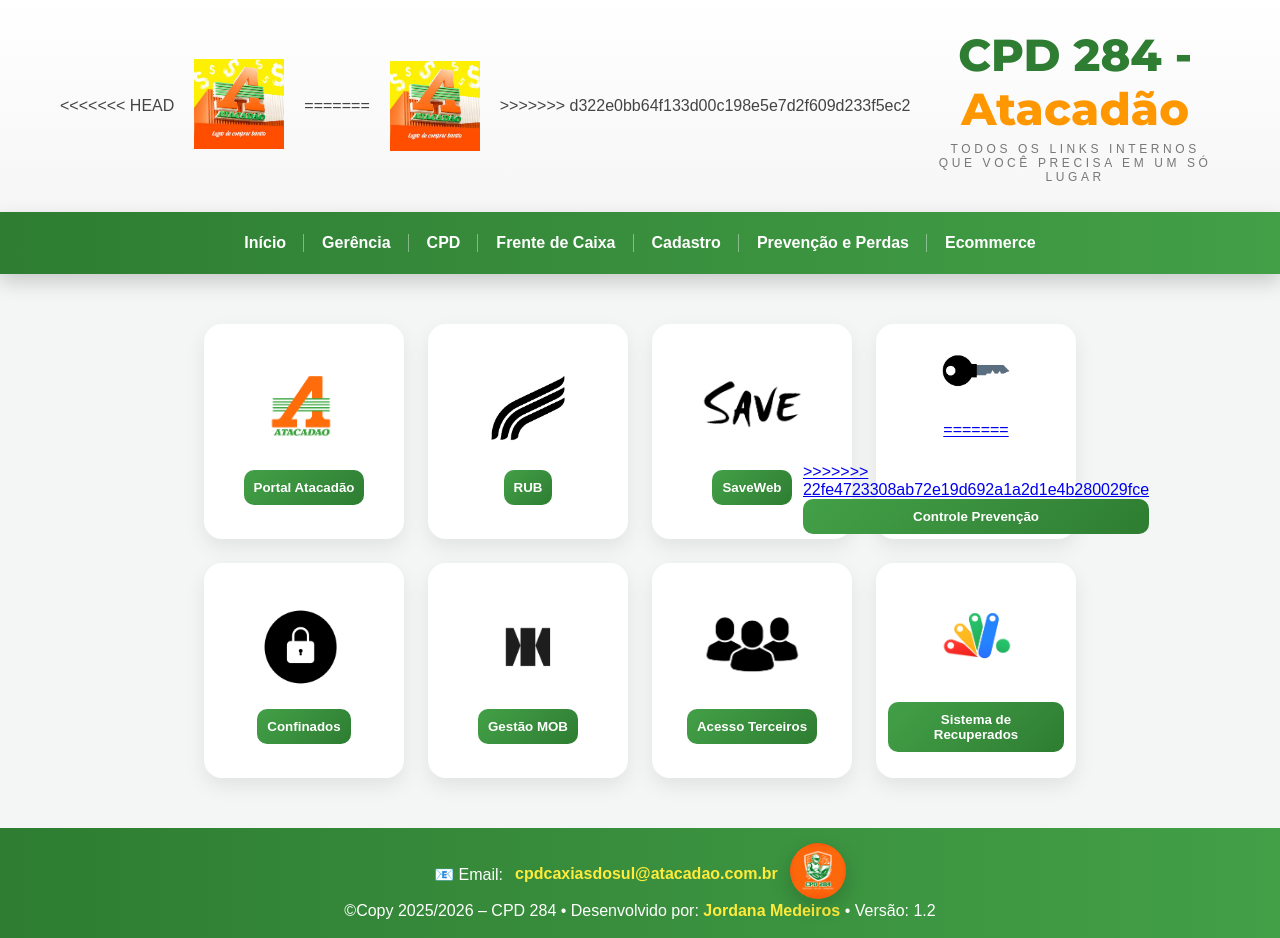
Repository: Iamjordana/projetositecpd284
Page: prevencao.html
The author's editor kept a copy of each file at every save. The page is drawn from the files as they stood at one save, then again after a run of saves.
The browser window is 1280 px wide. The pictures show the whole page.

Above is the page before, as saved 2026-01-19 15:10:33.
Console error: TypeError: Cannot read properties of null (reading 'addEventListener')

After the next 5 saves:
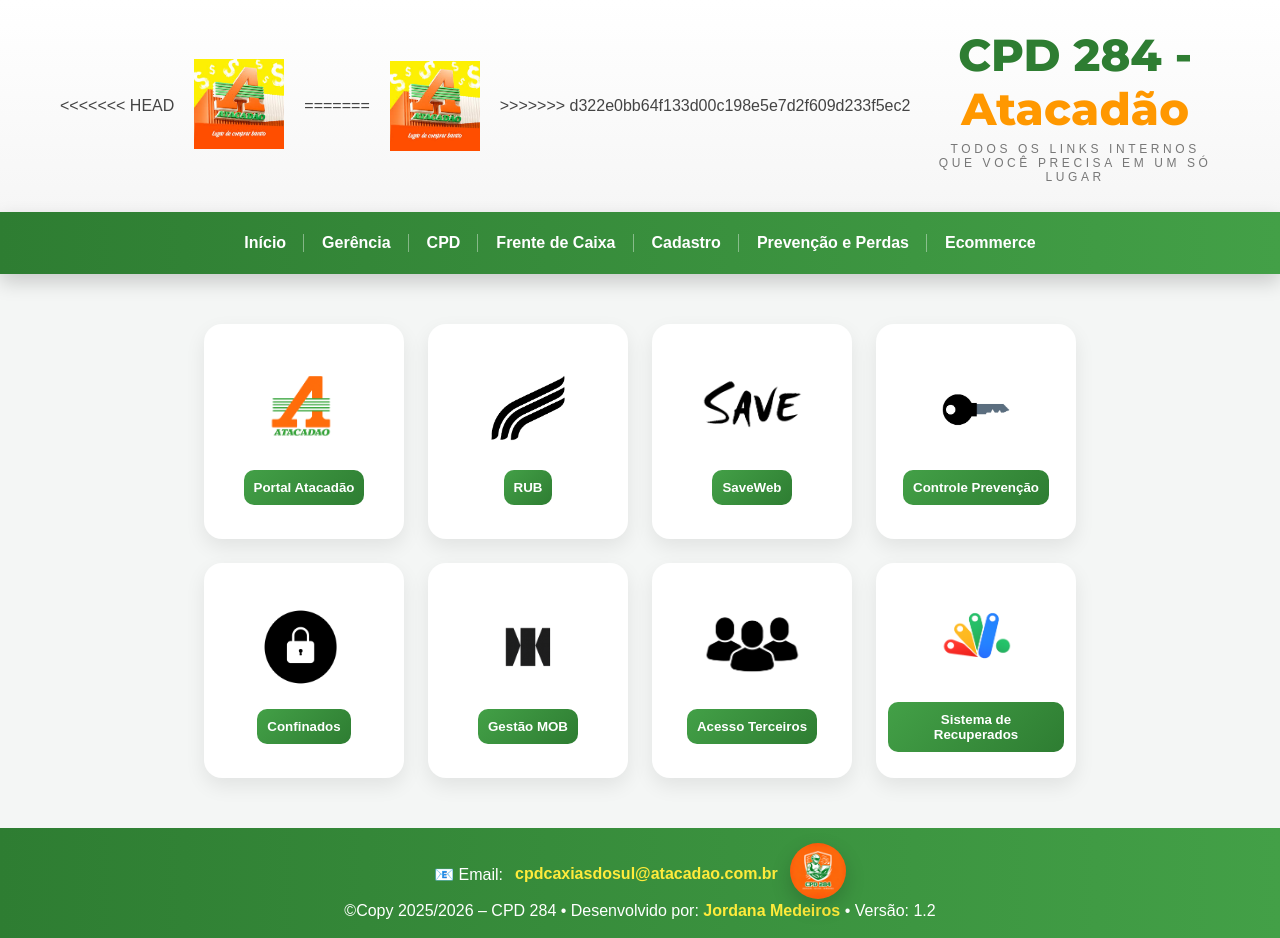
The 5 saves are shown as one change because they came seconds apart.
The last was saved 11 s later.
--- a/prevencao.html
+++ b/prevencao.html
@@ -67,15 +67,8 @@
     </div>
 
     <div class="card">
-      <img src="imagens/chaves.jpg" alt="prevchaves" class="card-img5">
-
+      <img src="imagens/chaves.jpg" alt="prevchaves" class="card-img4">
       <a href="https://srvsave284/prevperdas/#/chaves" target="_blank">
-=======
-
-
-      <a href="https://srvsave284/prevperdas/#/chaves" target="_blank">
-      <a href="https://srvsave284/prevperdas/#/chaves" target="_blank">
->>>>>>> 22fe4723308ab72e19d692a1a2d1e4b280029fce
         <button class="btn_atalho">Controle Prevenção</button>
       </a>
     </div>
